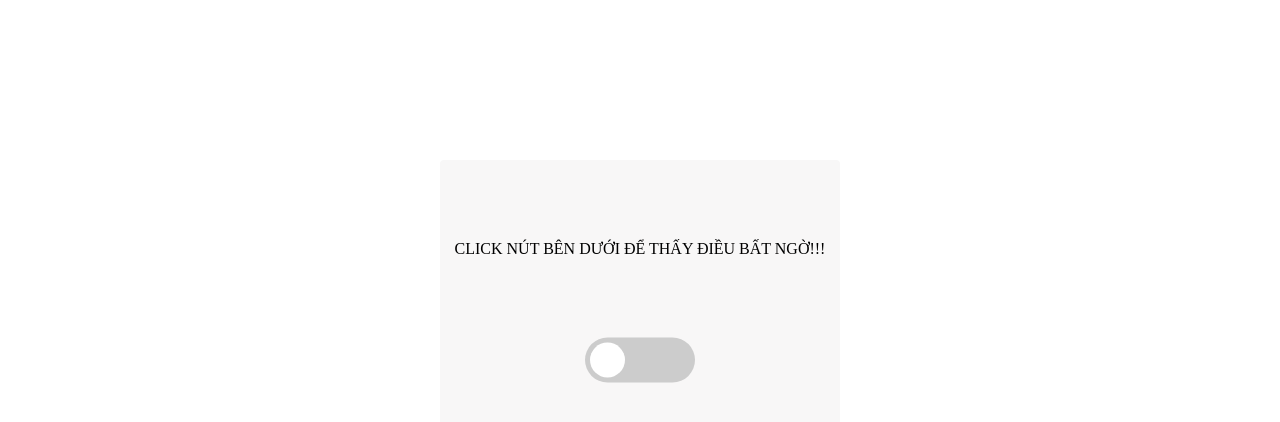
Repository: haokiet2501/troll-my-react
Page: /
An editor plug-in stored every save of this project. The page is shown before and after the next save, followed by the edit.
The browser window is 1280 px wide. The pictures show the whole page.
The project was rebuilt for these pictures with package versions that can differ from the ones it lists, and the page was loaded fresh each time. Also part of the build but not shown: src/components/Todo.jsx.

Above is the page before, as saved 2022-07-30 23:20:36.

After the next save:
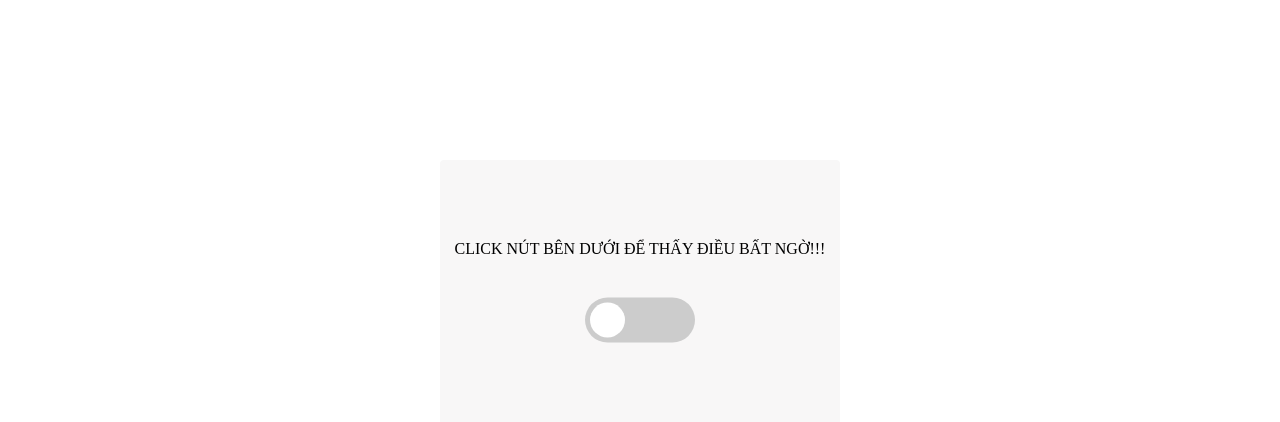
Saved 50 s later.
--- a/src/index.css
+++ b/src/index.css
@@ -15,7 +15,7 @@
 
 .toggle {
   position: absolute;
-  top: 50%;
+  top: 40%;
   left: 50%;
   transform: translate(-50%, -50%);
 }
